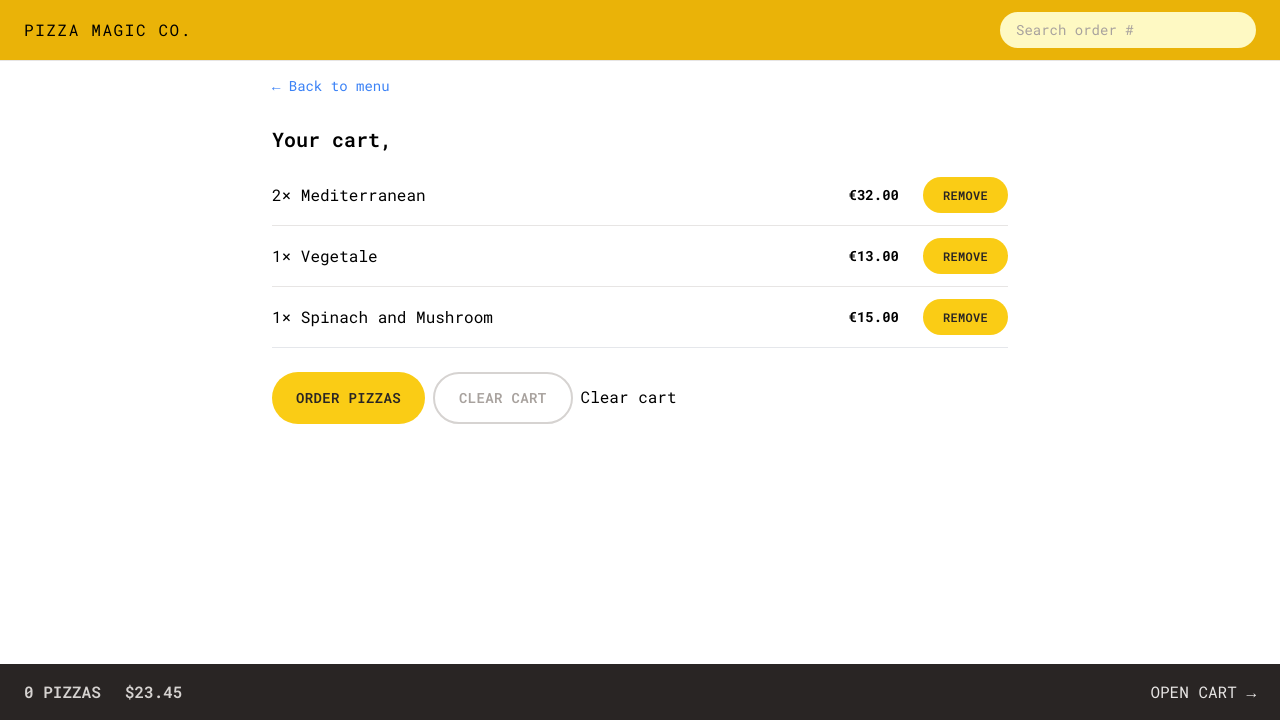
Repository: SyLe-Van/The-Pizza-Magic-web
Page: /cart
An editor plug-in stored every save of this project. The page is shown before and after the next save, followed by the edit.
The browser window is 1280 px wide. The pictures show the whole page.
The project was rebuilt for these pictures with package versions that can differ from the ones it lists, and the page was loaded fresh each time. Also part of the build but not shown: vite.config.js, src/features/user/CreateUser.jsx, src/ui/Home.jsx, src/features/user/Username.jsx, src/ui/Loader.jsx, src/services/apiRestaurant.js, src/features/menu/Menu.jsx, src/ui/Error.jsx and 3 more. Imported but missing from the stored project, and not drawn on this page: src/features/menu/MenuItem.

Above is the page before, as saved 2024-07-29 00:13:00.

After the next save:
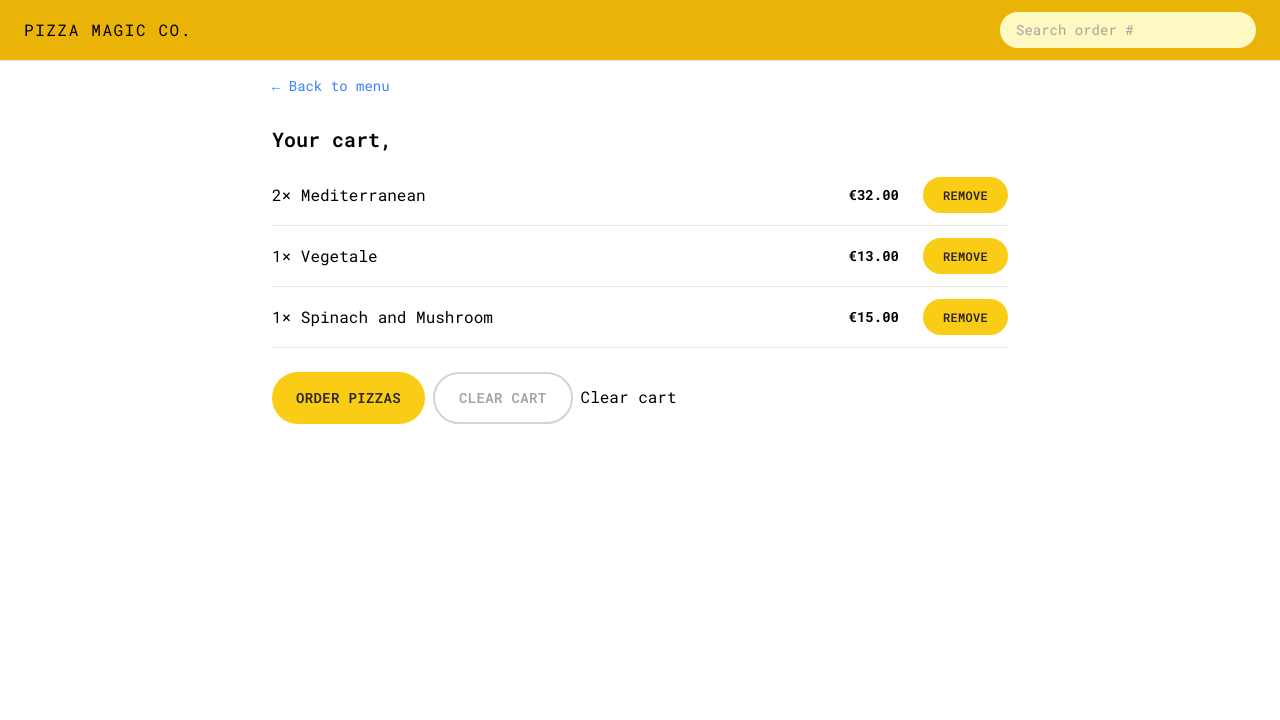
Saved 24 s later.
--- a/src/features/cart/CartOverview.jsx
+++ b/src/features/cart/CartOverview.jsx
@@ -5,6 +5,9 @@ import { getTotalCartPrice , getTotalCartQuantity } from "./cartSlice";
 export default function CartOverview() {
   const totalCartQuantity = useSelector(getTotalCartQuantity);
   const totalCartPrice = useSelector(getTotalCartPrice);
+
+  if (!totalCartQuantity) return null;
+
   return (
     <div className="bg-stone-800 text-stone-200 py-4 justify-between uppercase  px-4 sm:px-6 md:text-base flex items-center">
       <p className="text-stone-300 font-semibold space-x-4 sm:space-x-6">
